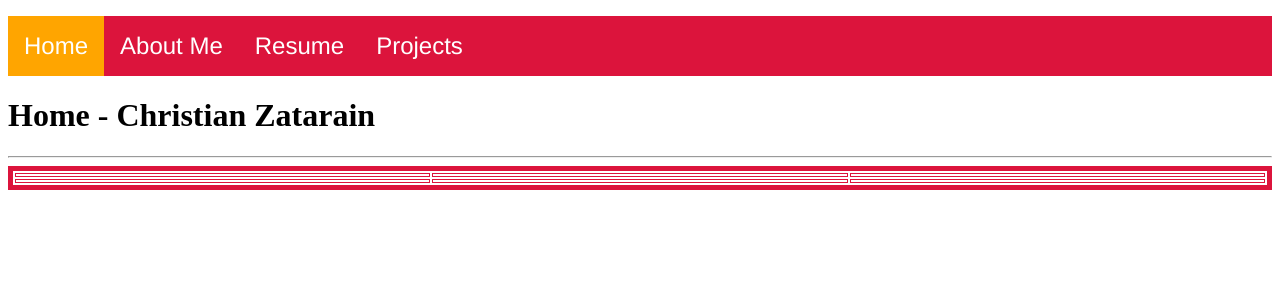
Repository: Zatarain10/Zatarain10.github.io
Page: index.html
The author's editor kept a record of every edit. The page is drawn from the files as they stood at one moment, then again after the next edit.
The browser window is 1280 px wide. The pictures show the whole page.

Above is the page before.

After the next edit:
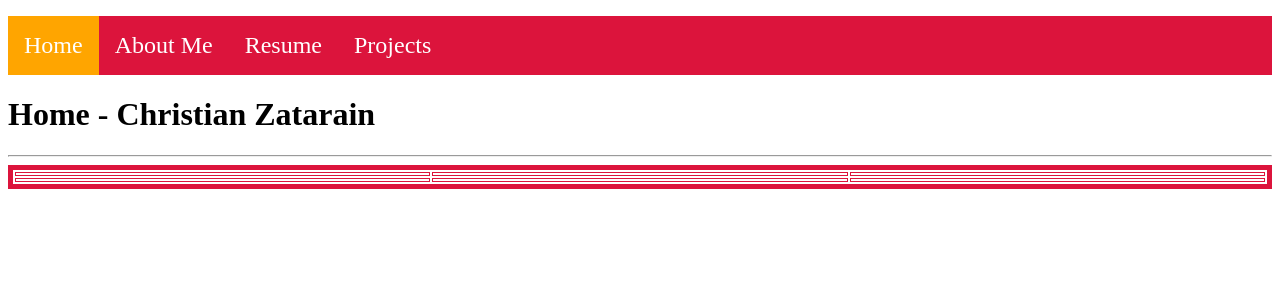
The edit:
--- a/style.css
+++ b/style.css
@@ -7,7 +7,6 @@
 
         .navbar a, .dropdown div{
             text-decoration:none;
-            font-family: Helvetica;
             color: white;
             font-size: 24px;
             padding: 16px;
